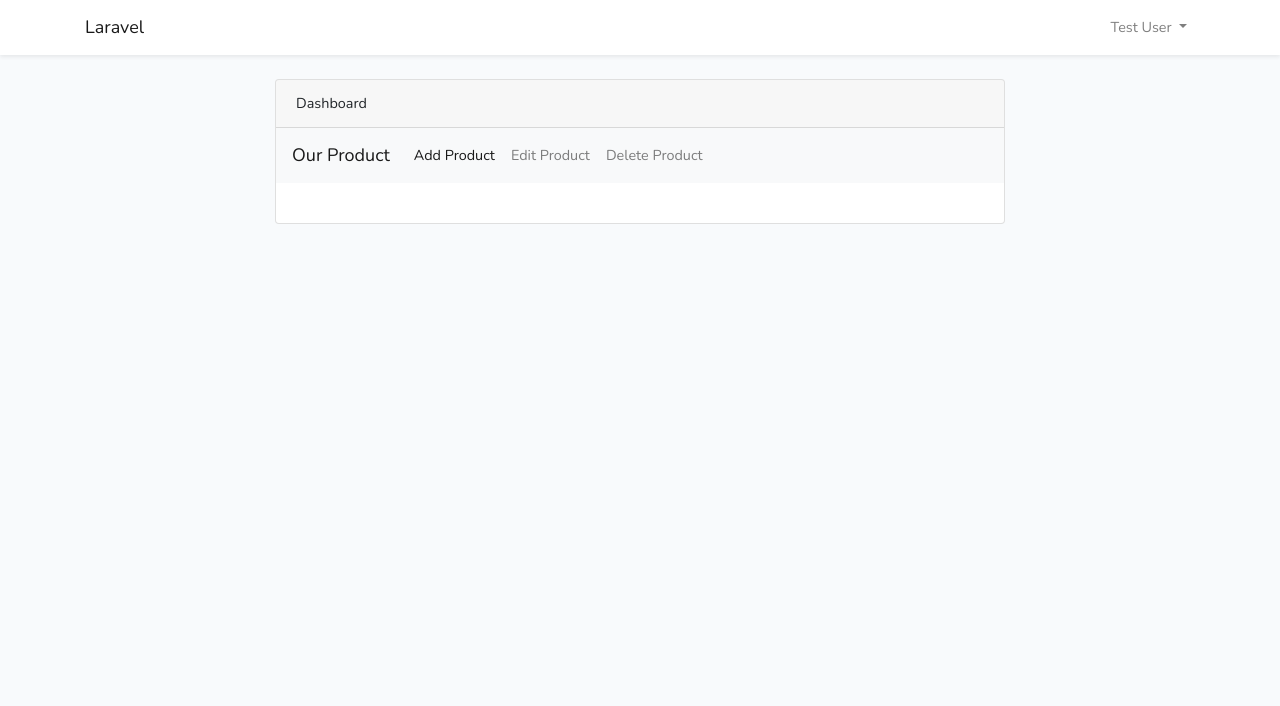
Repository: Fateen980/Tawfiq
Page: http://localhost/addProduct
An editor plug-in stored every save of this project. The page is shown before and after the next save, followed by the edit.
The browser window is 1280 px wide. The pictures show the whole page.
The page is served by the project's Laravel application, run on PHP 8.4 with Laravel 8. A made-up administrator, Test User (test@example.com), is signed in.

Above is the page before, as saved 2020-09-17 08:13:28.

After the next save:
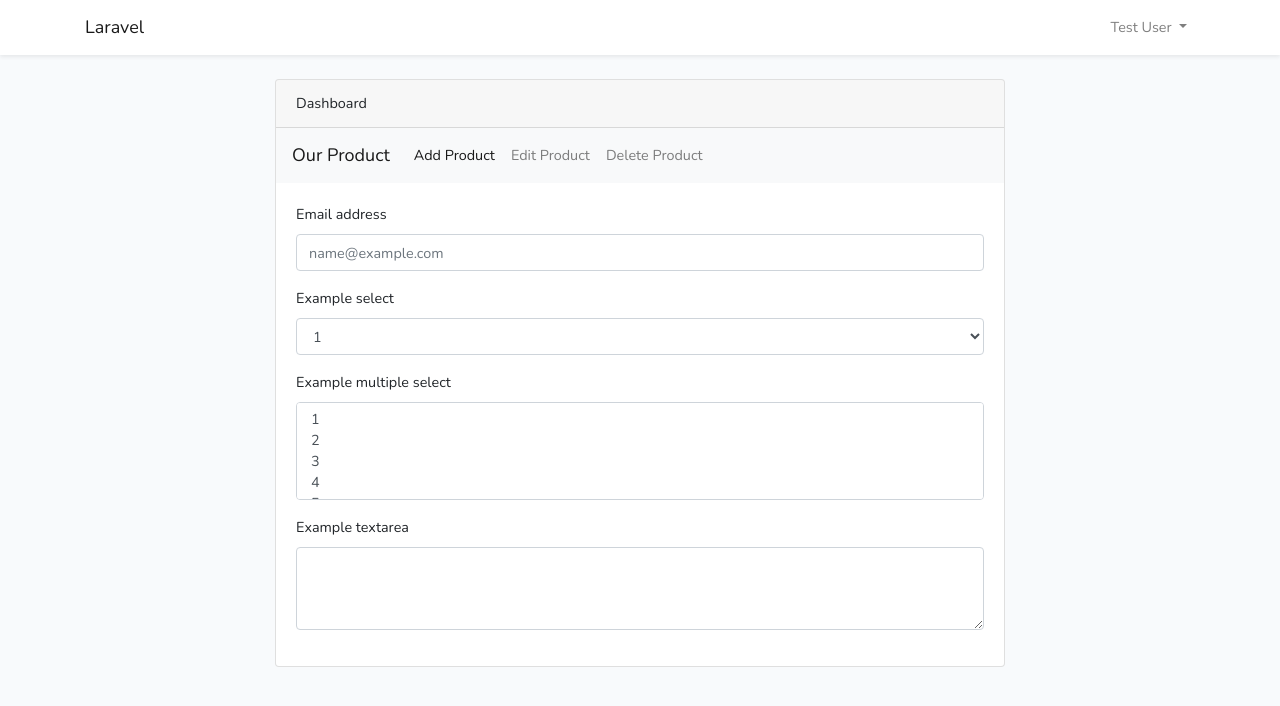
Saved 90 s later.
--- a/resources/views/addProduct.blade.php
+++ b/resources/views/addProduct.blade.php
@@ -38,6 +38,39 @@
                     @endif
 
 
+                    <form>
+  <div class="form-group">
+    <label for="exampleFormControlInput1">Email address</label>
+    <input type="email" class="form-control" id="exampleFormControlInput1" placeholder="name@example.com">
+  </div>
+  <div class="form-group">
+    <label for="exampleFormControlSelect1">Example select</label>
+    <select class="form-control" id="exampleFormControlSelect1">
+      <option>1</option>
+      <option>2</option>
+      <option>3</option>
+      <option>4</option>
+      <option>5</option>
+    </select>
+  </div>
+  <div class="form-group">
+    <label for="exampleFormControlSelect2">Example multiple select</label>
+    <select multiple class="form-control" id="exampleFormControlSelect2">
+      <option>1</option>
+      <option>2</option>
+      <option>3</option>
+      <option>4</option>
+      <option>5</option>
+    </select>
+  </div>
+  <div class="form-group">
+    <label for="exampleFormControlTextarea1">Example textarea</label>
+    <textarea class="form-control" id="exampleFormControlTextarea1" rows="3"></textarea>
+  </div>
+</form>
+
+
+
                 </div>
             </div>
         </div>
